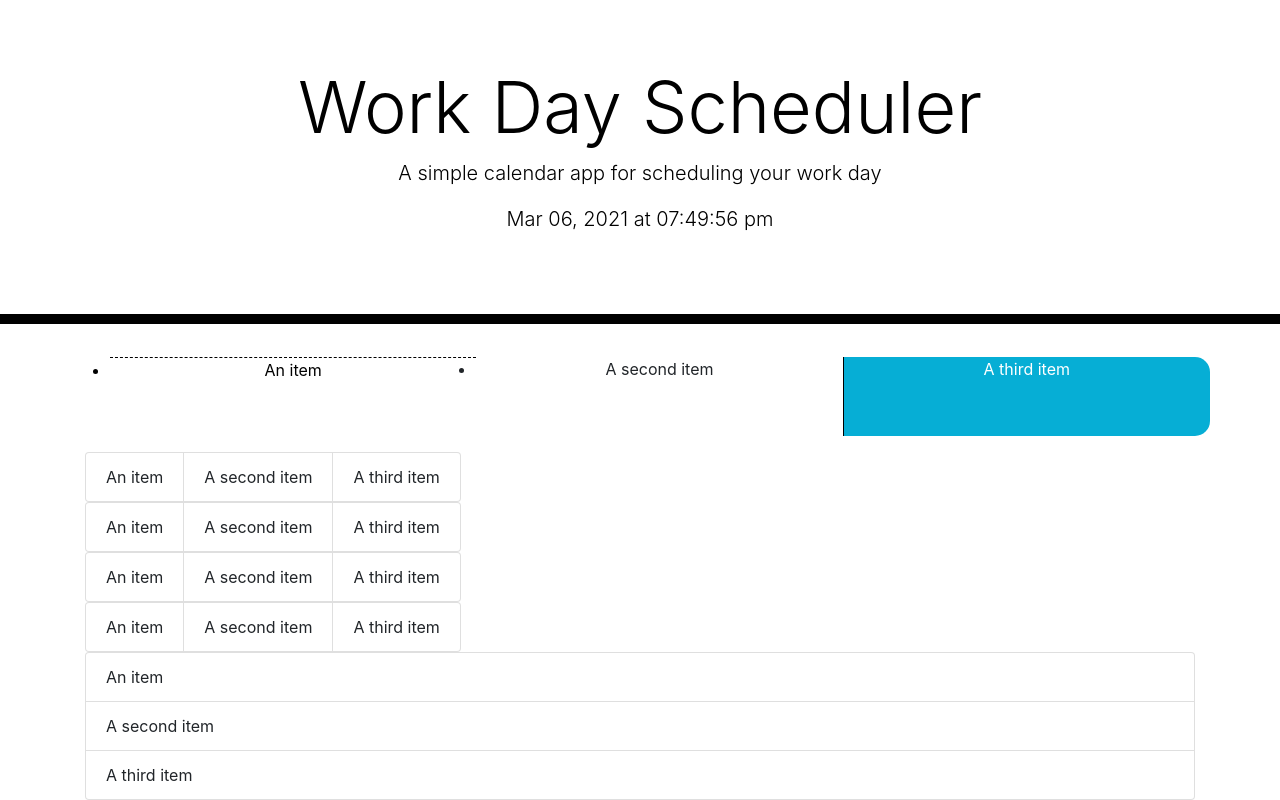
Repository: ziffoit/Work-Day_Scheduler
Page: Develop/index.html
These files come from the project's save history. The page is drawn as it stood at one moment and after the next save; the edit follows.
The browser window is 1280 px wide. The pictures show the whole page.
Some web libraries are served in a nearby version.

Above is the page before, as saved 2021-03-16 18:22:06.

### Develop/index.html
<!DOCTYPE html>
<html lang="en">
  <head>
    <meta charset="UTF-8" />
    <meta name="viewport" content="width=device-width, initial-scale=1.0" />
    <meta http-equiv="X-UA-Compatible" content="ie=edge" />
    <link
      rel="stylesheet"
      href="https://stackpath.bootstrapcdn.com/bootstrap/4.3.1/css/bootstrap.min.css"
    />
    <link
      rel="stylesheet"
      href="https://use.fontawesome.com/releases/v5.8.1/css/all.css"
      integrity="sha384-50oBUHEmvpQ+1lW4y57PTFmhCaXp0ML5d60M1M7uH2+nqUivzIebhndOJK28anvf"
      crossorigin="anonymous"
    />
    <link
      href="https://fonts.googleapis.com/css?family=Open+Sans&display=swap"
      rel="stylesheet"
    />
    <link rel="stylesheet" href="style.css" />
    <title>Work Day Scheduler</title>
  </head>

  <body>
    <header class="jumbotron">
      <h1 class="display-3">Work Day Scheduler</h1>
      <p class="lead">A simple calendar app for scheduling your work day</p>
      <p id="currentDay" class="lead"></p>
    </header>
    <div class="container">
      <ul class="description time-block row">
        <li class="col 2 hour">An item</li>
        <li class="col 8">A second item</li>
        <li class="col 2 saveBtn">A third item</li>
      </ul>
      <ul class="list-group list-group-horizontal-sm">
        <li class="list-group-item">An item</li>
        <li class="list-group-item">A second item</li>
        <li class="list-group-item">A third item</li>
      </ul>
      <ul class="list-group list-group-horizontal-md">
        <li class="list-group-item">An item</li>
        <li class="list-group-item">A second item</li>
        <li class="list-group-item">A third item</li>
      </ul>
      <ul class="list-group list-group-horizontal-lg">
        <li class="list-group-item">An item</li>
        <li class="list-group-item">A second item</li>
        <li class="list-group-item">A third item</li>
      </ul>
      <ul class="list-group list-group-horizontal-xl">
        <li class="list-group-item">An item</li>
        <li class="list-group-item">A second item</li>
        <li class="list-group-item">A third item</li>
      </ul>
      <ul class="list-group list-group-horizontal-xxl">
        <li class="list-group-item">An item</li>
        <li class="list-group-item">A second item</li>
        <li class="list-group-item">A third item</li>
      </ul>
      <!-- Timeblocks go here -->
    </div>

    <script src="https://cdnjs.cloudflare.com/ajax/libs/jquery/3.2.1/jquery.min.js"></script>
    <script src="https://cdnjs.cloudflare.com/ajax/libs/moment.js/2.24.0/moment.min.js"></script>
    <script src="script.js"></script>
  </body>
</html>

### Develop/style.css
hourbody {
  font-family: "Open Sans", sans-serif;
  font-size: 16px;
  line-height: 1;
}

textarea {
  background: transparent;
  border: none;
  resize: none;
  color: #000000;
  border-left: 1px solid black;
  padding: 10px;
}

.jumbotron {
  text-align: center;
  background-color: transparent;
  color: black;
  border-radius: 0;
  border-bottom: 10px solid black;
}

.description {
  white-space: pre-wrap;
}

.time-block {
  text-align: center;
  border-radius: 15px;
}

.row {
  white-space: pre-wrap;
  height: 80px;
  border-top: 1px solid white;
}

.hour {
  background-color: #ffffff;
  color: #000000;
  border-top: 1px dashed #000000;
}

.past {
  background-color: #d3d3d3;
  color: white;
}

.present {
  background-color: #ff6961;
  color: white;
}

.future {
  background-color: #77dd77;
  color: white;
}

.saveBtn {
  border-left: 1px solid black;
  border-top-right-radius: 15px;
  border-bottom-right-radius: 15px;
  background-color: #06aed5;
  color: white;
}

.saveBtn i:hover {
  font-size: 20px;
  transition: all 0.3s ease-in-out;
}

### Develop/script.js
var currentDay = $('#currentDay')

function dateAndTime() {
    var rightNow = moment().format('MMM DD, YYYY [at] hh:mm:ss a');
    currentDay.text(rightNow);
  }

  setInterval(dateAndTime, 1000)

After the next save:
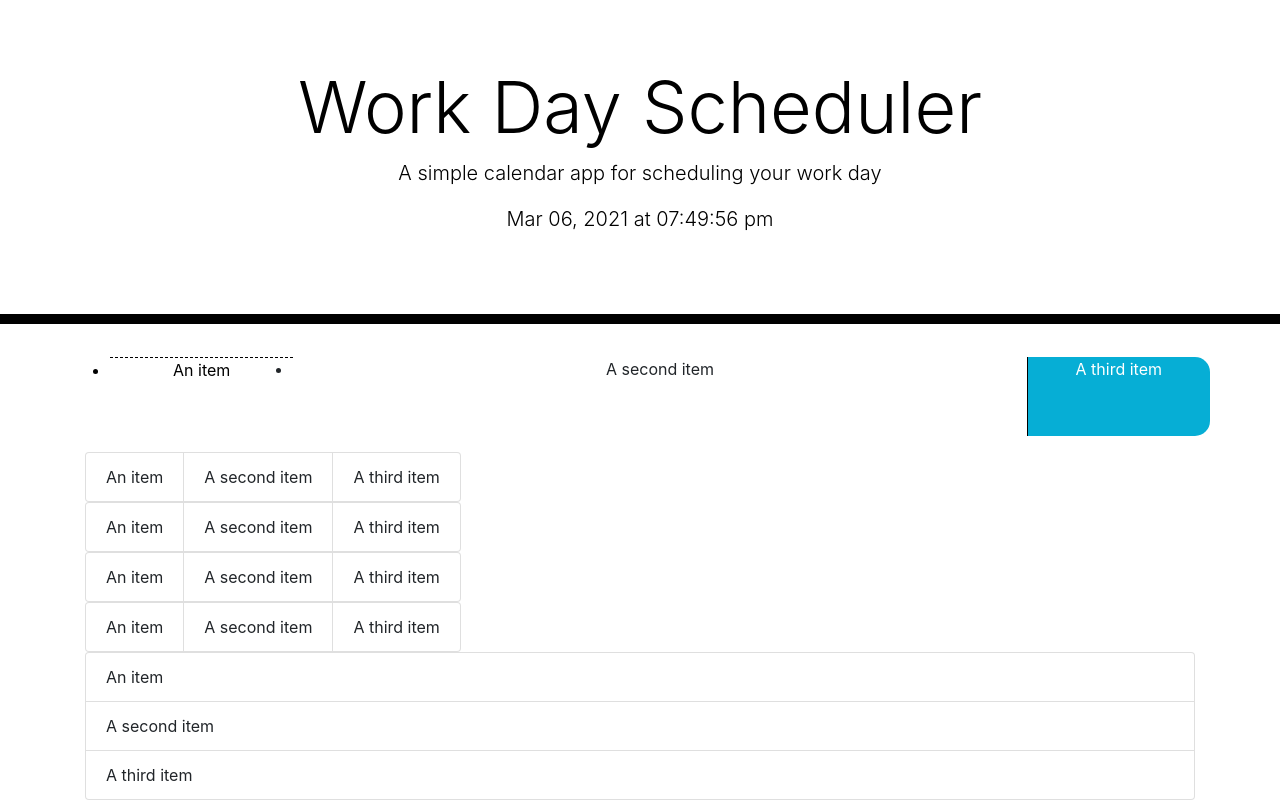
Saved 57 s later.
--- a/Develop/index.html
+++ b/Develop/index.html
@@ -30,9 +30,9 @@
     </header>
     <div class="container">
       <ul class="description time-block row">
-        <li class="col 2 hour">An item</li>
-        <li class="col 8">A second item</li>
-        <li class="col 2 saveBtn">A third item</li>
+        <li class="col-2 hour">An item</li>
+        <li class="col-8">A second item</li>
+        <li class="col-2 saveBtn">A third item</li>
       </ul>
       <ul class="list-group list-group-horizontal-sm">
         <li class="list-group-item">An item</li>
